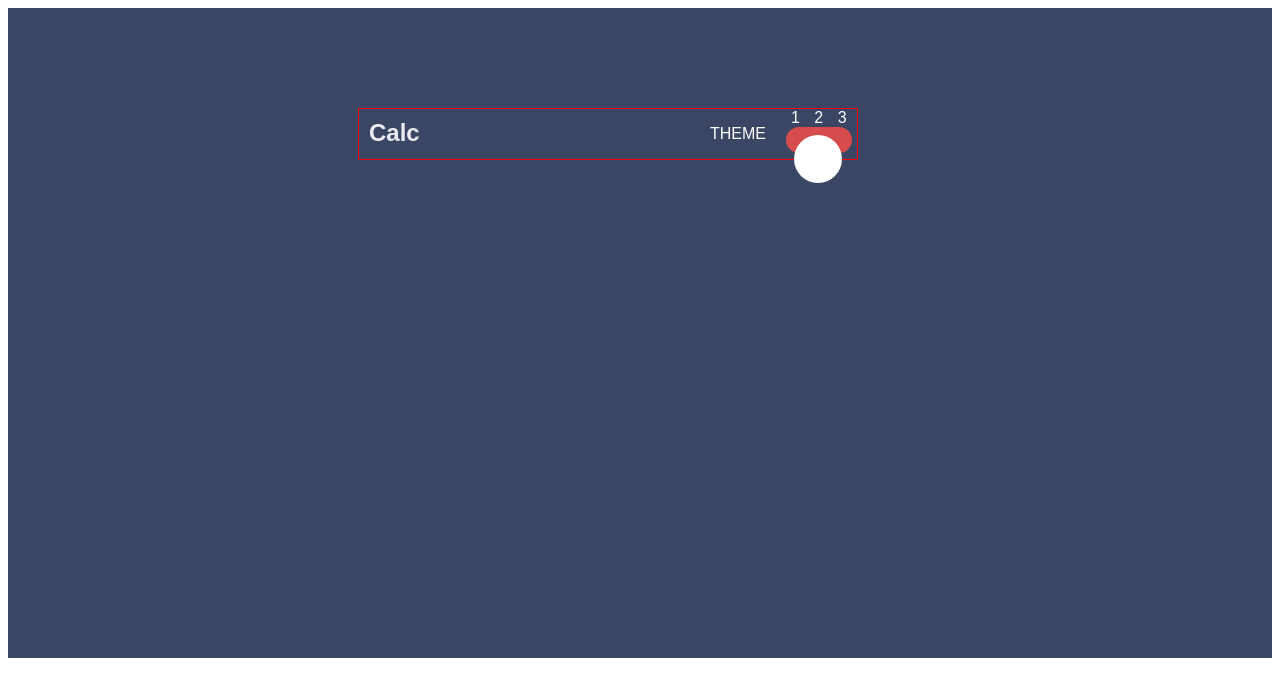
Repository: Bakyproit/Calcutor
Page: SimpleCalculatorApp.html
These files come from the project's save history. The page is drawn as it stood at one moment and after the next save; the edit follows.
The browser window is 1280 px wide. The pictures show the whole page.

Above is the page before, as saved 2022-02-09 15:42:49.

After the next save:
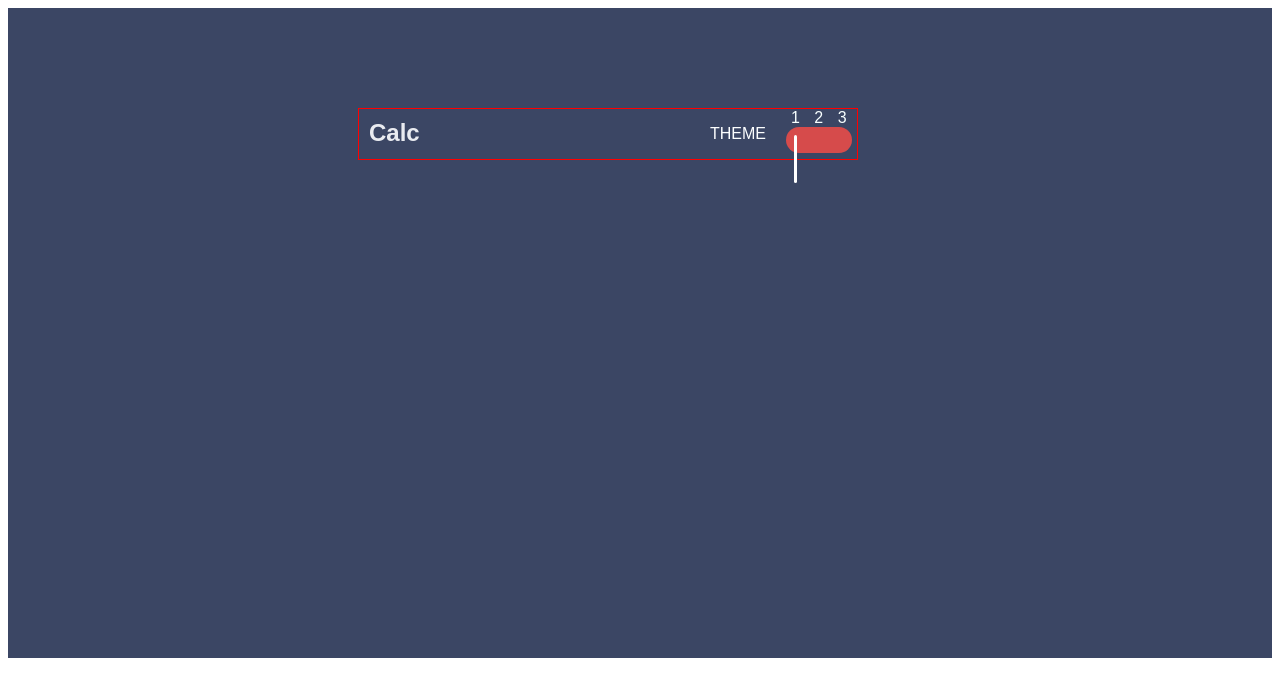
Saved 17 s later.
--- a/asset/App.css
+++ b/asset/App.css
@@ -74,7 +74,7 @@ h1{
     padding: 8px;
 }
 .toggle__spin{
-    width: 3rem;
+    width: 3px;
     height: 3rem;
     background-color: white ;
     border-radius: 3rem;
